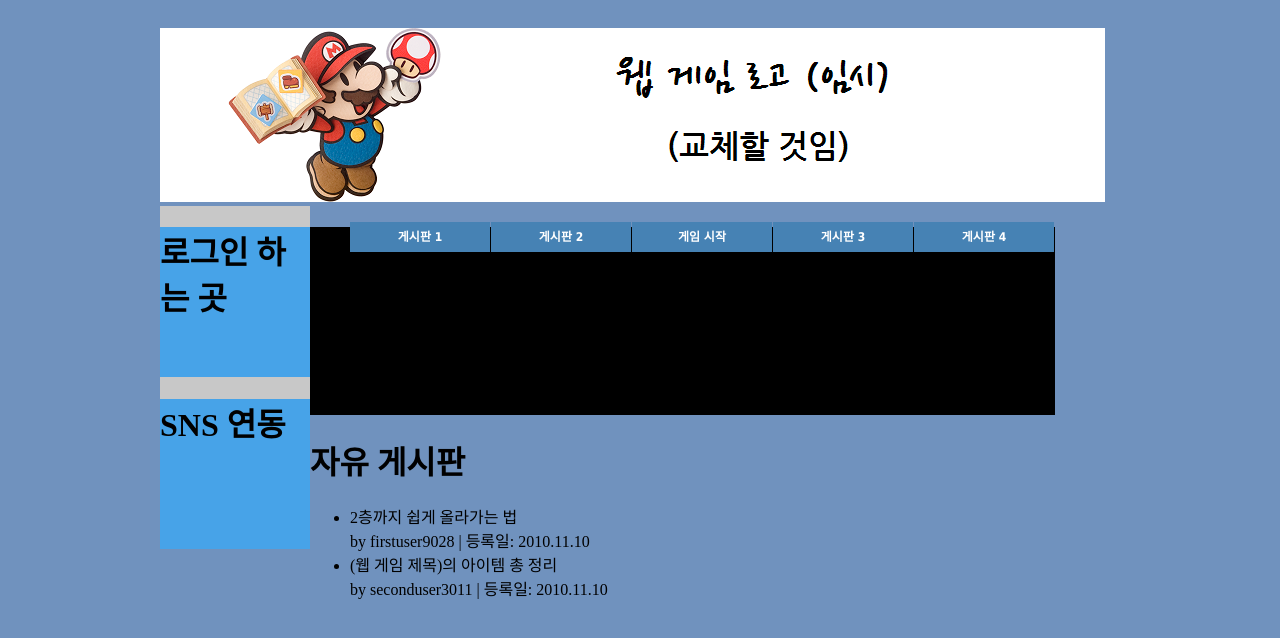
Repository: gunhe123/web_programing_project_Team_4
Page: http://localhost/web_game/
An editor plug-in stored every save of this project. The page is shown before and after the next save, followed by the edit.
The browser window is 1280 px wide. The pictures show the whole page.
The page is served by Tomcat 9. Nobody is signed in. The application's start-up code is not run. Other server files are loaded and not shown.

Above is the page before, as saved 2012-11-10 16:04:26.

### web_game/WebContent/index.html
<!DOCTYPE html>
<html lang="ko">
<head>
	<meta charset="utf-8">
	<title>Web Game</title>
	<link href="stylesheets/main.css" rel="stylesheet" type="text/css">
</head>
<body>
<div id="wrap">
	<div id="top_logo">
		<img src="images/mario.png" alt="Web Game Logo">
	</div>
	<div id="content">
		<div id="sidebar">
			<div id="login_box">
			<h1>로그인 하는 곳</h1>
			</div>
			<div id="sns">
			<h1>SNS 연동</h1>
			</div>
		</div>
		<div id="main_content">
			<div class="main_section" id="menubar">
				<ul>
					<li><a href="">게시판 1</a></li>
					<li><a href="">게시판 2</a></li>
					<li><a href="">게임 시작</a></li>
					<li><a href="">게시판 3</a></li>
					<li><a href="">게시판 4</a></li>
				</ul>
			</div>
			<div class="main_section" id="notice">
			<h1>공지 사항</h1>
			<ul>
				<li>
					<div class="article">
					(웹 게임 제목)이 서비스를 개시하였습니다.
					</div>
					<span class="date">등록일: 2012.11.10</span>
				</li>
				<li>
					<div class="article">
					서비스 개시 기념 이벤트를 시작합니다. 많은 참여 부탁드립니다.
					</div>
					<span class="date">등록일: 2012.11.10</span>
				</li>
			</ul>
			</div>
			<div class="main_section" id="free_board">
			<h1>자유 게시판</h1>
			<ul>
				<li>
					<div class="article">
					2층까지 쉽게 올라가는 법
					</div>
					<span class="author">by firstuser9028</span> |
					<span class="date">등록일: 2010.11.10</span>
				</li>
				<li>
					<div class="article">
					(웹 게임 제목)의 아이템 총 정리
					</div>
					<span class="author">by seconduser3011</span> |
					<span clss="date">등록일: 2010.11.10</span>
				</li>
			</ul>
			</div>
		</div>
	</div>
</div>
</body>
</html>

### web_game/WebContent/stylesheets/main.css
html{color:#000;
	background:rgb(112,146,190);
	padding:20px 0;
	}
#wrap{
	width: 960px;
	margin:0 auto;
}
#main_content{
	float: left;
}

#sidebar{
	background:rgb(200,200,200);
	width: 150px;
	float: left;
}
#login_box{
	background-color:rgb(71,163,232);
	height: 150px;
}
#sns{
	background-color:rgb(71,163,232);
	height: 150px;
}
#menubar ul li{
	float: left;
	list-style: none;
	}
#menubar ul li a{
	color:#fff; background-color:#4682b4;

	display:block;
	width:120px;
	text-align:center;
	padding:0px 10px;
	font: bold 12px/30px Tahoma;
	text-decoration:none;
	margin-right:1px;
}
#notice{
	background-color:rgb(0,0,0);
	float: none;
}

After the next save:
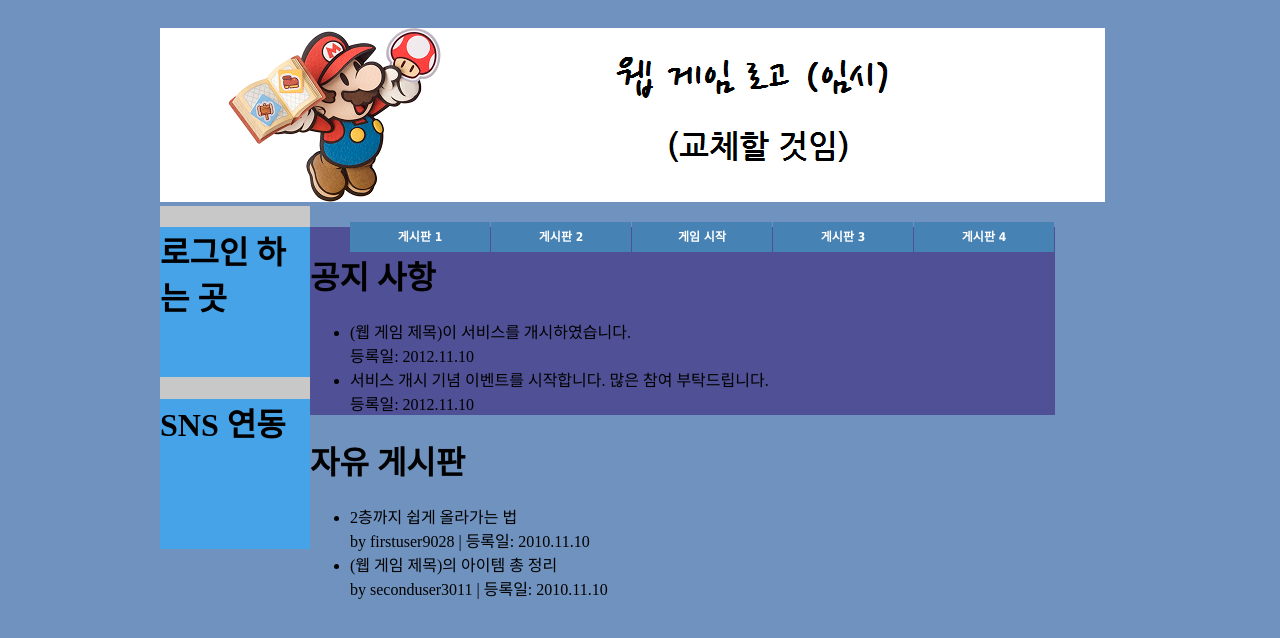
Saved 30 s later.
--- a/web_game/WebContent/stylesheets/main.css
+++ b/web_game/WebContent/stylesheets/main.css
@@ -39,6 +39,6 @@
 	margin-right:1px;
 }
 #notice{
-	background-color:rgb(0,0,0);
+	background-color:rgb(80,80,150);
 	float: none;
 }
